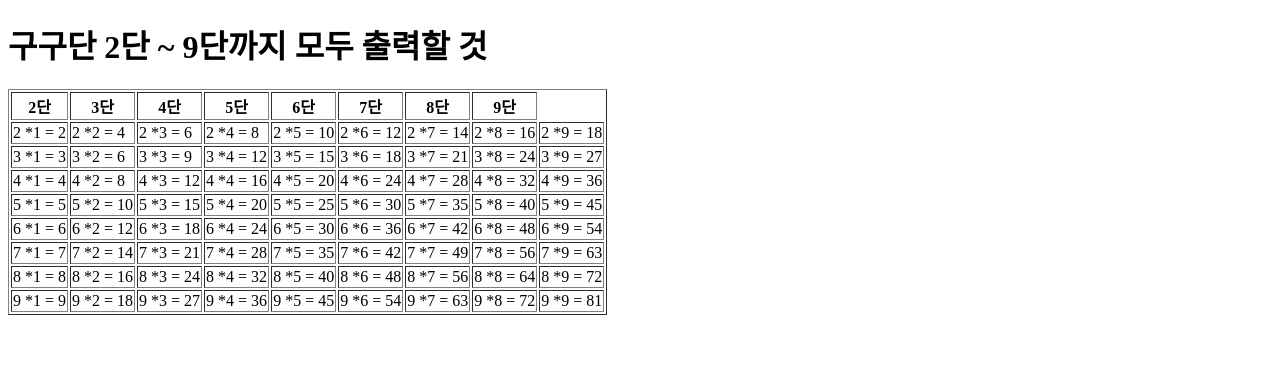
Repository: junirang330/Jsp2026
Page: http://localhost/chapter01/test02.jsp
An editor plug-in stored every save of this project. The page is shown before and after the next save, followed by the edit.
The browser window is 1280 px wide. The pictures show the whole page.
The page is served by Tomcat 9.

Above is the page before, as saved 2026-10-16 04:24:31.

After the next save:
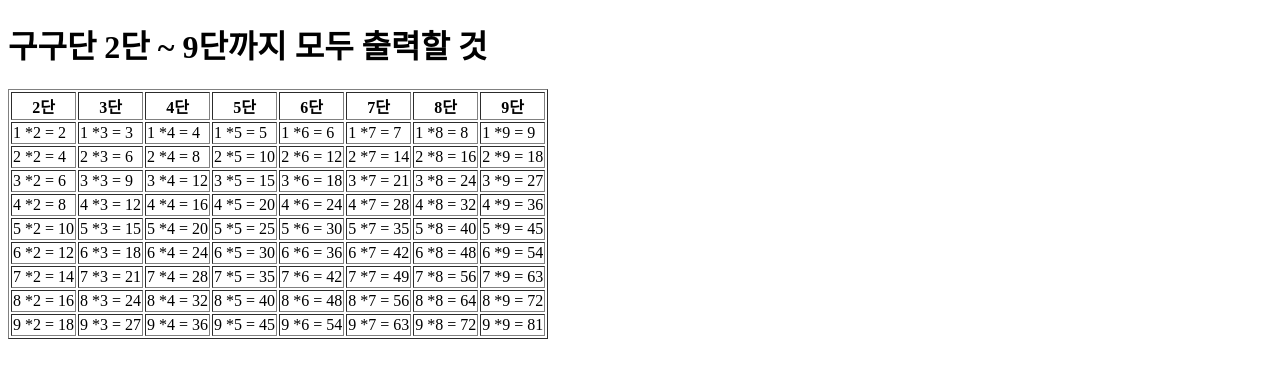
Saved 15 s later.
--- a/chapter01/src/main/webapp/test02.jsp
+++ b/chapter01/src/main/webapp/test02.jsp
@@ -19,10 +19,10 @@
 	</tr>
 
 	<!-- 구구단  -->
-	<% for(int j = 2; j<=9; j++){ %>
+	<% for(int j = 1; j<=9; j++){ %>
 	<tr>
 
-	<% for(int i = 1; i<=9; i++){ %>
+	<% for(int i = 2; i<=9; i++){ %>
 
 		<td><%=j %> *<%=i %> = <%= j*i %></td>
 	<%
